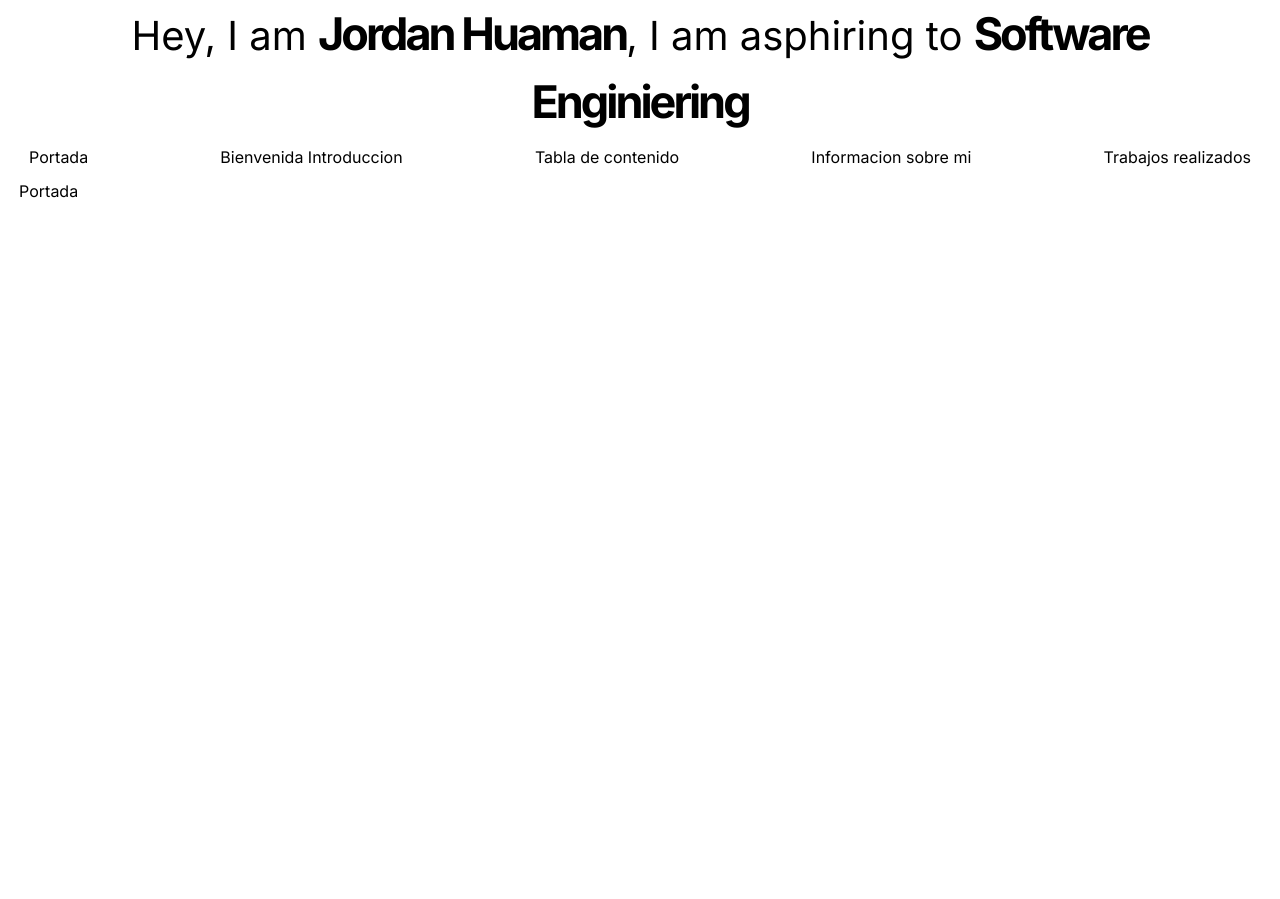
Repository: devsecops-node/portafolio-nextj-pages
Page: /
An editor plug-in stored every save of this project. The page is shown before and after the next save, followed by the edit.
The browser window is 1280 px wide. The pictures show the whole page.
The project was rebuilt for these pictures with package versions that can differ from the ones it lists, and the page was loaded fresh each time. The framework's server and built-in components were replaced by stand-ins that run in the browser. Also part of the build but not shown: next.config.js, src/styles/transitionPage.module.css.

Above is the page before, as saved 2024-01-15 03:47:00.

After the next save:
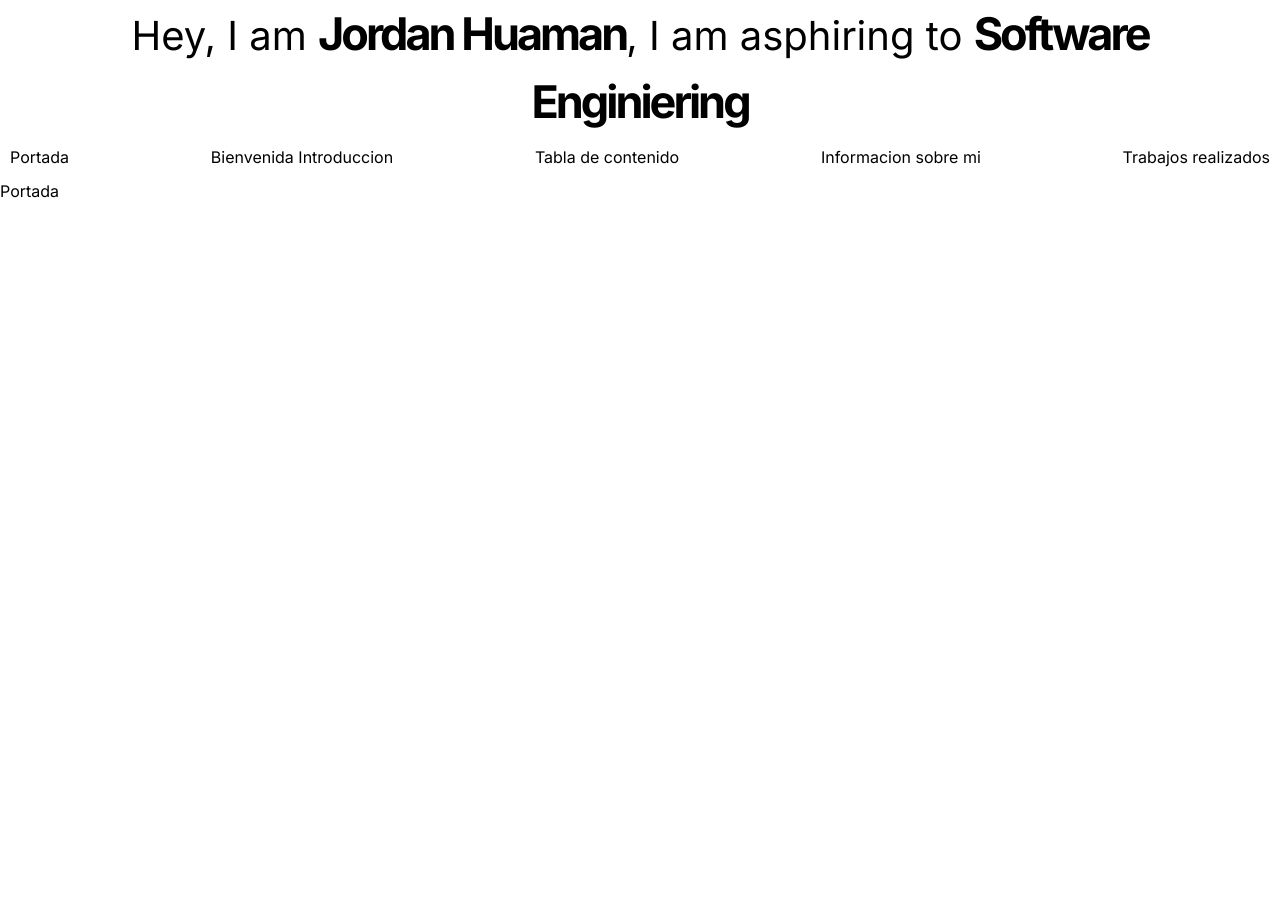
Saved 47 s later.
--- a/src/styles/dashboard.module.css
+++ b/src/styles/dashboard.module.css
@@ -1,10 +1,10 @@
 /* ? Home-view part */
 .home_view {
-  height: 100%;
+  /* height: 100%;
   display: flex;
   flex-direction: column;
   justify-content: center;
-  align-items: center;
+  align-items: center; */
 }
 
 .animar_text {
